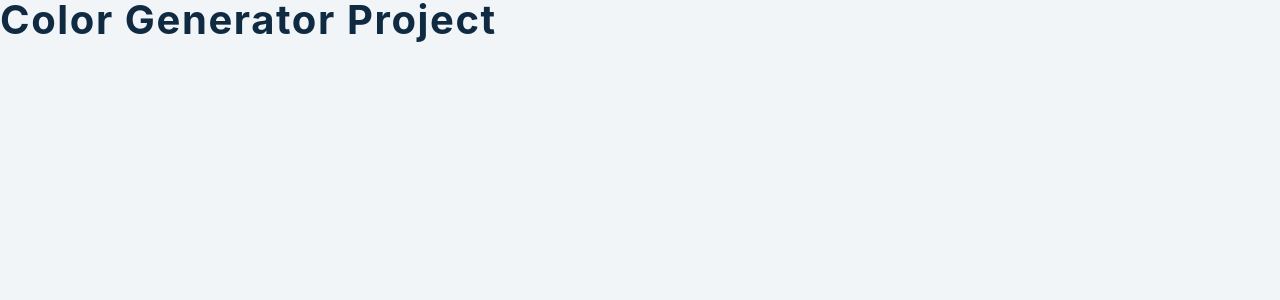
Repository: davidaloba/color-generator
Page: /
The author's editor kept a copy of each file at every save. The page is drawn from the files as they stood at one save, then again after the next save.
The browser window is 1280 px wide. The pictures show the whole page.
The project was rebuilt for these pictures with package versions that can differ from the ones it lists, and the page was loaded fresh each time. Also part of the build but not shown: src/utils.js, src/SingleColor.js.

Above is the page before, as saved 2021-10-22 16:52:13.

After the next save:
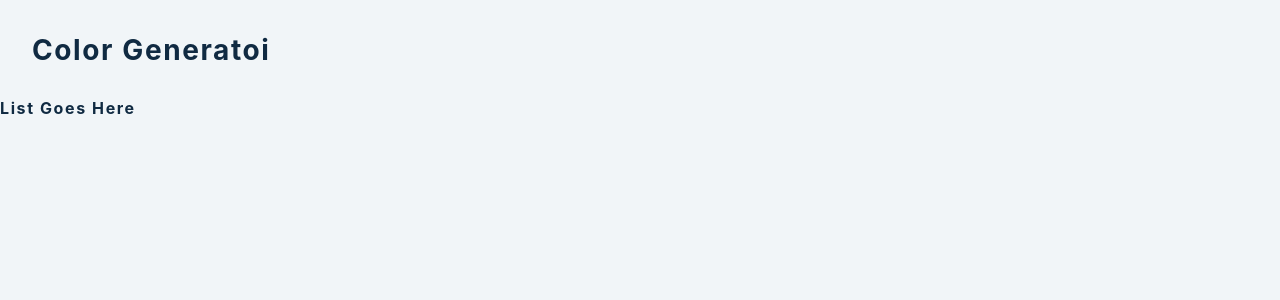
Saved 87 s later.
--- a/src/App.js
+++ b/src/App.js
@@ -13,7 +13,17 @@ function App() {
     console.log("hello");
   };
 
-  return <h2>color generator project</h2>;
+  return (
+    <>
+      <section className="container">
+        <h3>color generatoi</h3>
+
+      </section>
+      <section className="colours">
+        <h4>list goes here</h4>
+      </section>
+    </>
+  );
 }
 
 export default App;
